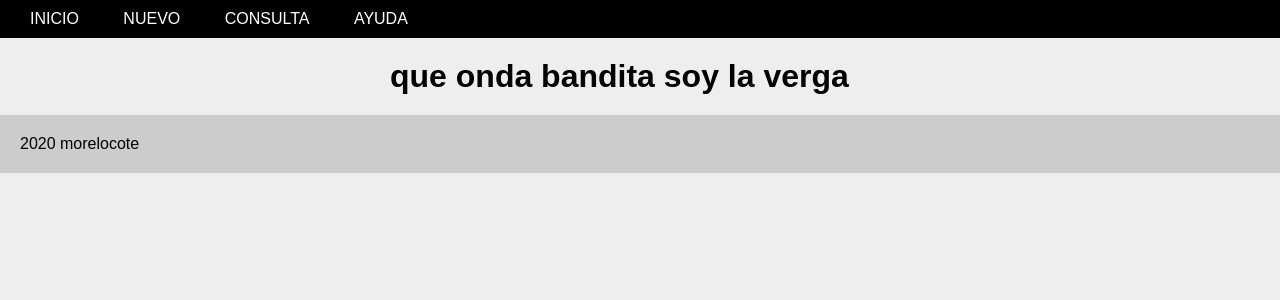
Repository: edgarhdzp/crud-php-poo-mvc-ajax
Page: http://localhost/poomvc/main
The author's editor kept a copy of each file at every save. The page is drawn from the files as they stood at one save, then again after the next save.
The browser window is 1280 px wide. The pictures show the whole page.
The page is run by PHP 8.4 with error messages shown; the project is at /var/www/html/.

Above is the page before, as saved 2020-06-23 12:47:33.

After the next save:
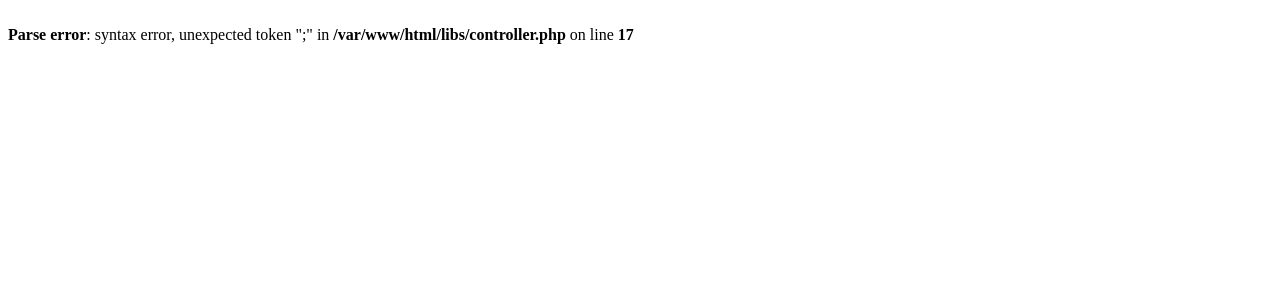
Saved 4 s later.
--- a/libs/controller.php
+++ b/libs/controller.php
@@ -14,7 +14,7 @@
             require $url;
 
             $modelName =$model.'Model';
-            $this->model;
+            $this->model = ;
         }
     }
 }

After the 2 saves that followed:
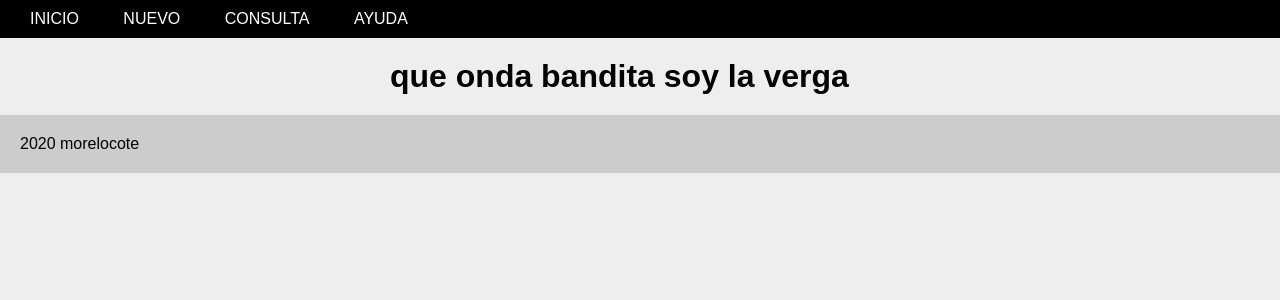
The 2 saves are shown as one change because they came seconds apart.
The last was saved 8 s later.
--- a/libs/controller.php
+++ b/libs/controller.php
@@ -14,7 +14,7 @@
             require $url;
 
             $modelName =$model.'Model';
-            $this->model = ;
+            $this->model = $modelName();
         }
     }
 }
